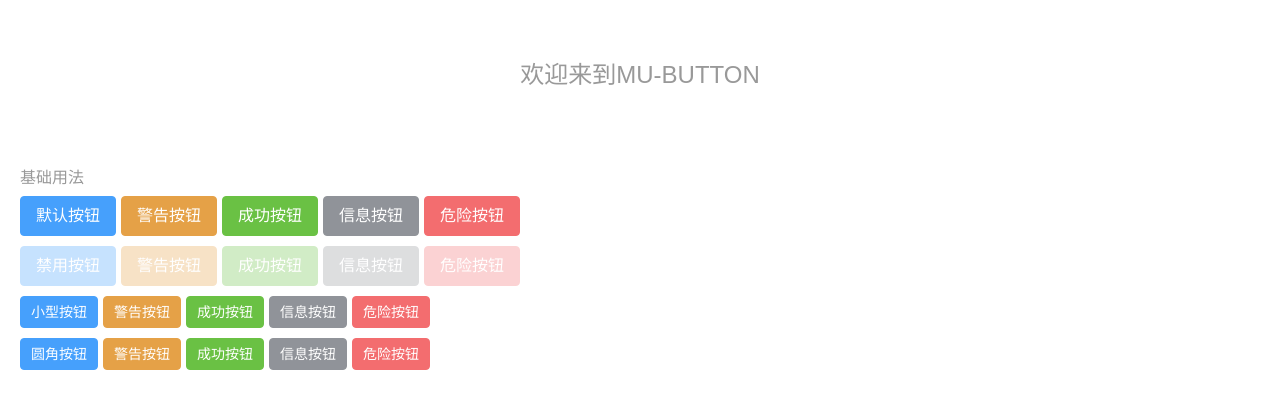
Repository: HuoXiaoYe/huoxiaoye_mumu
Page: /
An editor plug-in stored every save of this project. The page is shown before and after the next save, followed by the edit.
The browser window is 1280 px wide. The pictures show the whole page.
The project was rebuilt for these pictures with package versions that can differ from the ones it lists, and the page was loaded fresh each time.

Above is the page before, as saved 2020-07-04 17:42:57.

After the next save:
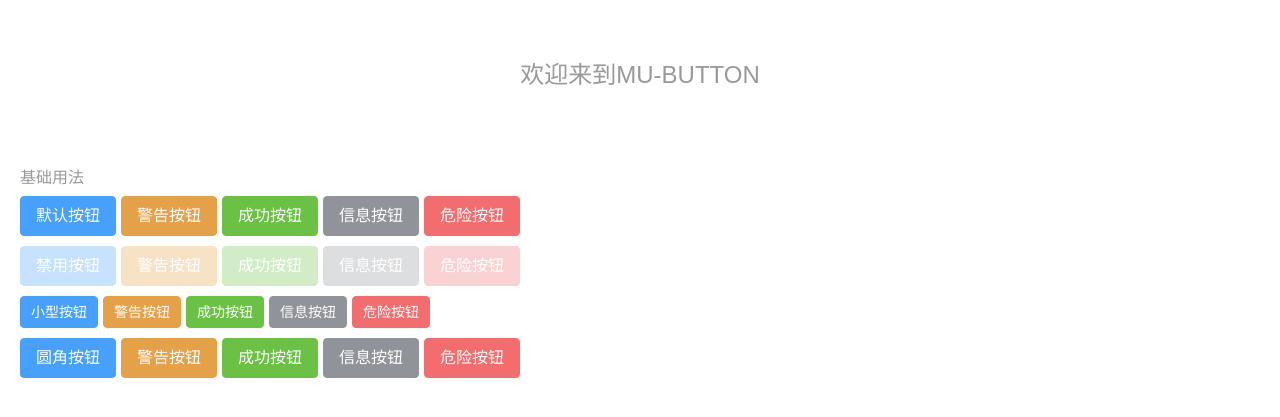
Saved 32 s later.
--- a/src/pages/buttonWrap/buttonWrap.tsx
+++ b/src/pages/buttonWrap/buttonWrap.tsx
@@ -68,11 +68,11 @@ function ButtonWrap() {
 
 
                 <ul>
-                    <li><MUButton size="small" circle={true}>圆角按钮</MUButton></li>
-                    <li><MUButton size="small" circle={true} type="warning">警告按钮</MUButton></li>
-                    <li><MUButton size="small" circle={true} type="success">成功按钮</MUButton></li>
-                    <li><MUButton size="small" circle={true} type="info">信息按钮</MUButton></li>
-                    <li><MUButton size="small" circle={true} type="danger">危险按钮</MUButton></li>
+                    <li><MUButton circle={true}>圆角按钮</MUButton></li>
+                    <li><MUButton circle={true} type="warning">警告按钮</MUButton></li>
+                    <li><MUButton circle={true} type="success">成功按钮</MUButton></li>
+                    <li><MUButton circle={true} type="info">信息按钮</MUButton></li>
+                    <li><MUButton circle={true} type="danger">危险按钮</MUButton></li>
                 </ul>
             </div>
 
